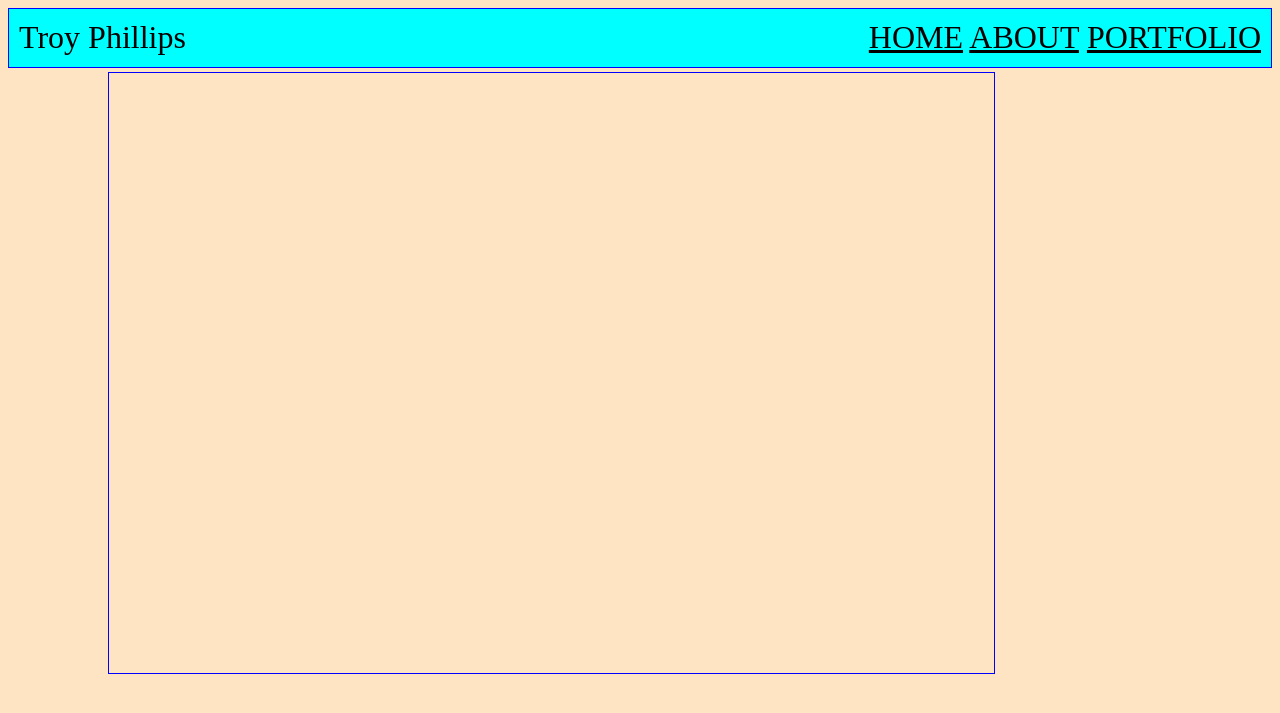
Repository: TheTroyPhillips/Personal-website
Page: portfolio.html
These files come from the project's save history. The page is drawn as it stood at one moment and after the next save; the edit follows.
The browser window is 1280 px wide. The pictures show the whole page.

Above is the page before, as saved 2023-09-10 22:30:34.

After the next save:
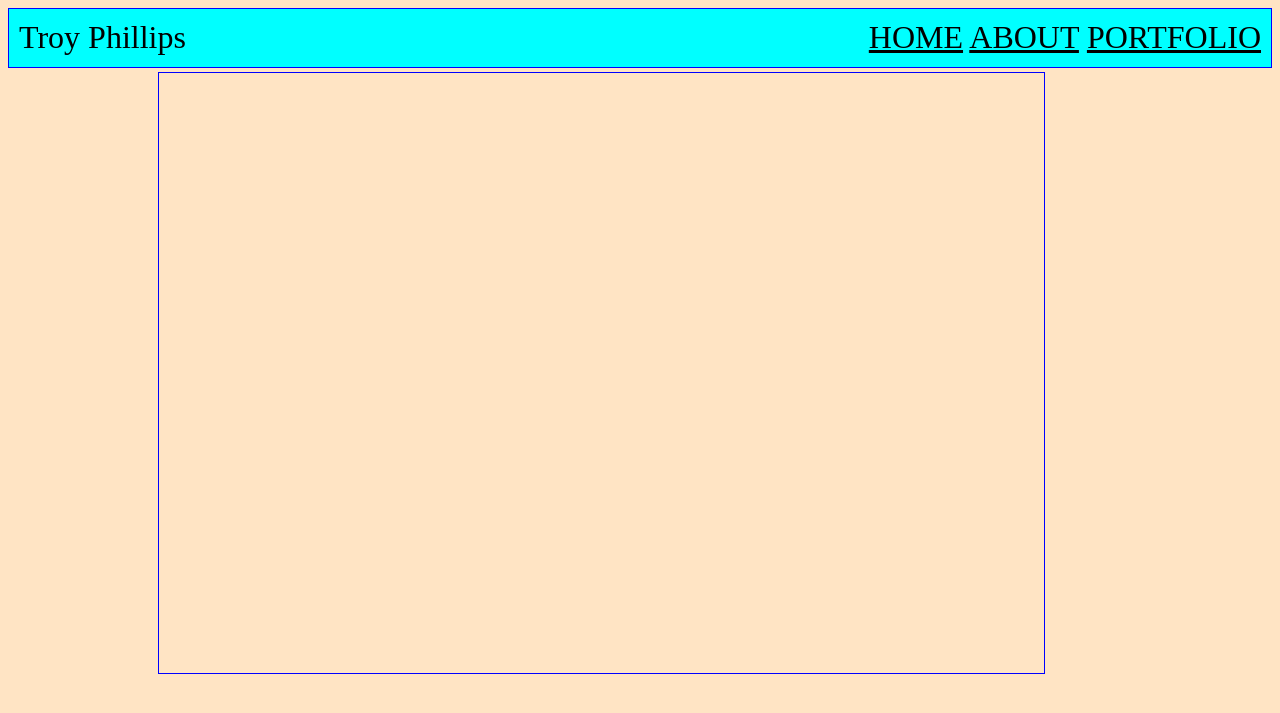
Saved 4 s later.
--- a/style.css
+++ b/style.css
@@ -51,5 +51,5 @@ h2{
     width: 70%;
     height: 600px;
     border: 1px solid blue;
-    margin-left: 100px;
+    margin-left: 150px;
 }
